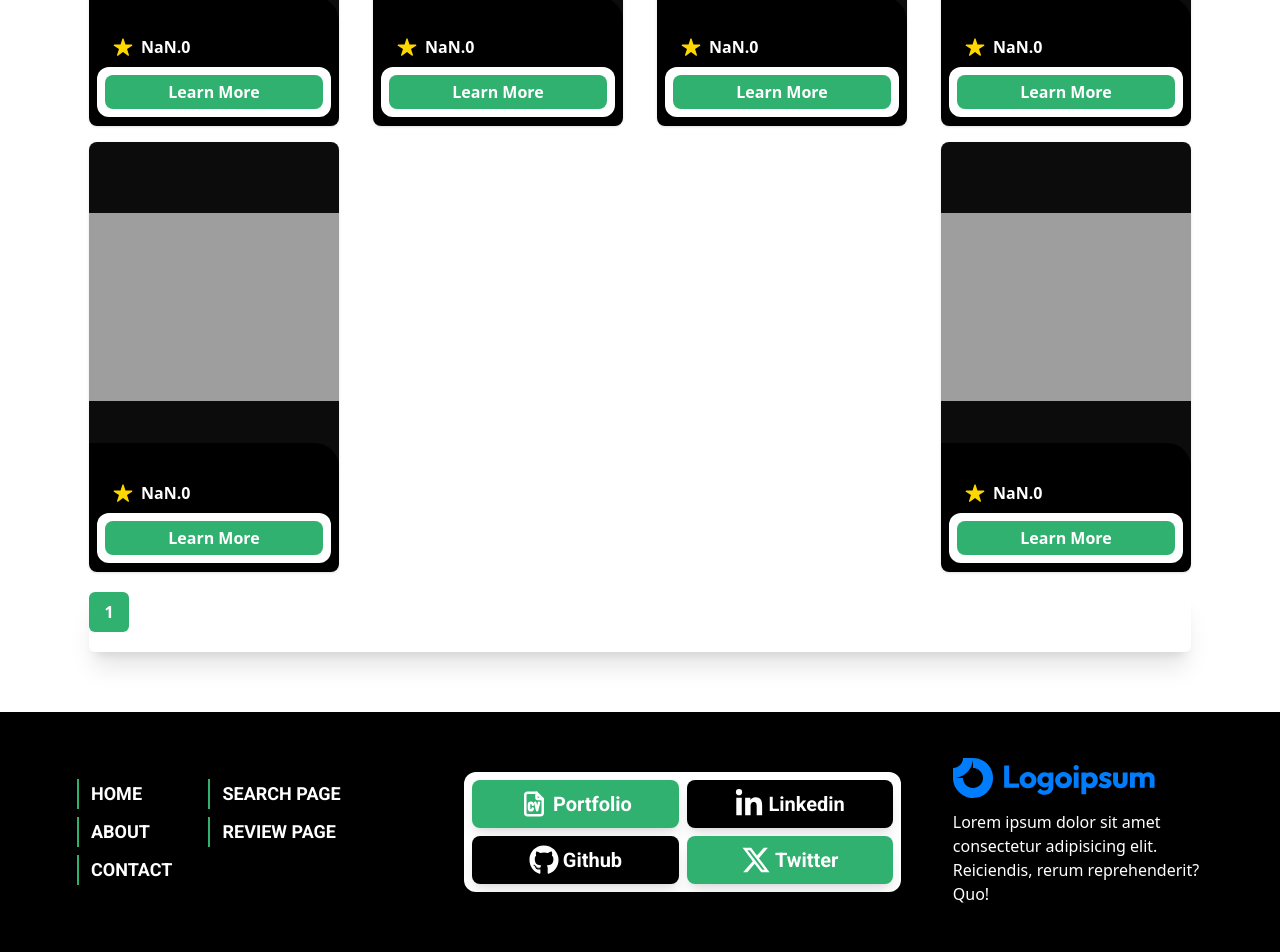
Repository: jayantatech/FrameFlick
Page: /movies
These files come from the project's save history. The page is drawn as it stood at one moment and after the next save; the edit follows.
The browser window is 1280 px wide. The pictures show the part of the page from y = 1096 to 2048 px (the page is 2048 px tall).
Pictures or frames that could not be fetched are drawn as grey boxes. The page's requests for data from a server got no answer. The project was rebuilt for these pictures with package versions that can differ from the ones it lists, and the page was loaded fresh each time. No one was signed in, and anything a server would have sent is missing. Also part of the build but not shown: vite.config.js, src/components/header/SearchBar.jsx, src/components/sliderComponent/button.css, src/components/sliderComponent/SliderComponent.jsx, src/pages/home/comingAttractions/ComingAttractions.jsx, src/pages/home/currentFavorites/CurrentFavorites.jsx, src/pages/home/movieGenres/MovieGenres.jsx, src/components/responsiveTitle/responsiveTitle.jsx and 11 more.

Above is the page before, as saved 2024-02-13 19:09:08.

After the next save:
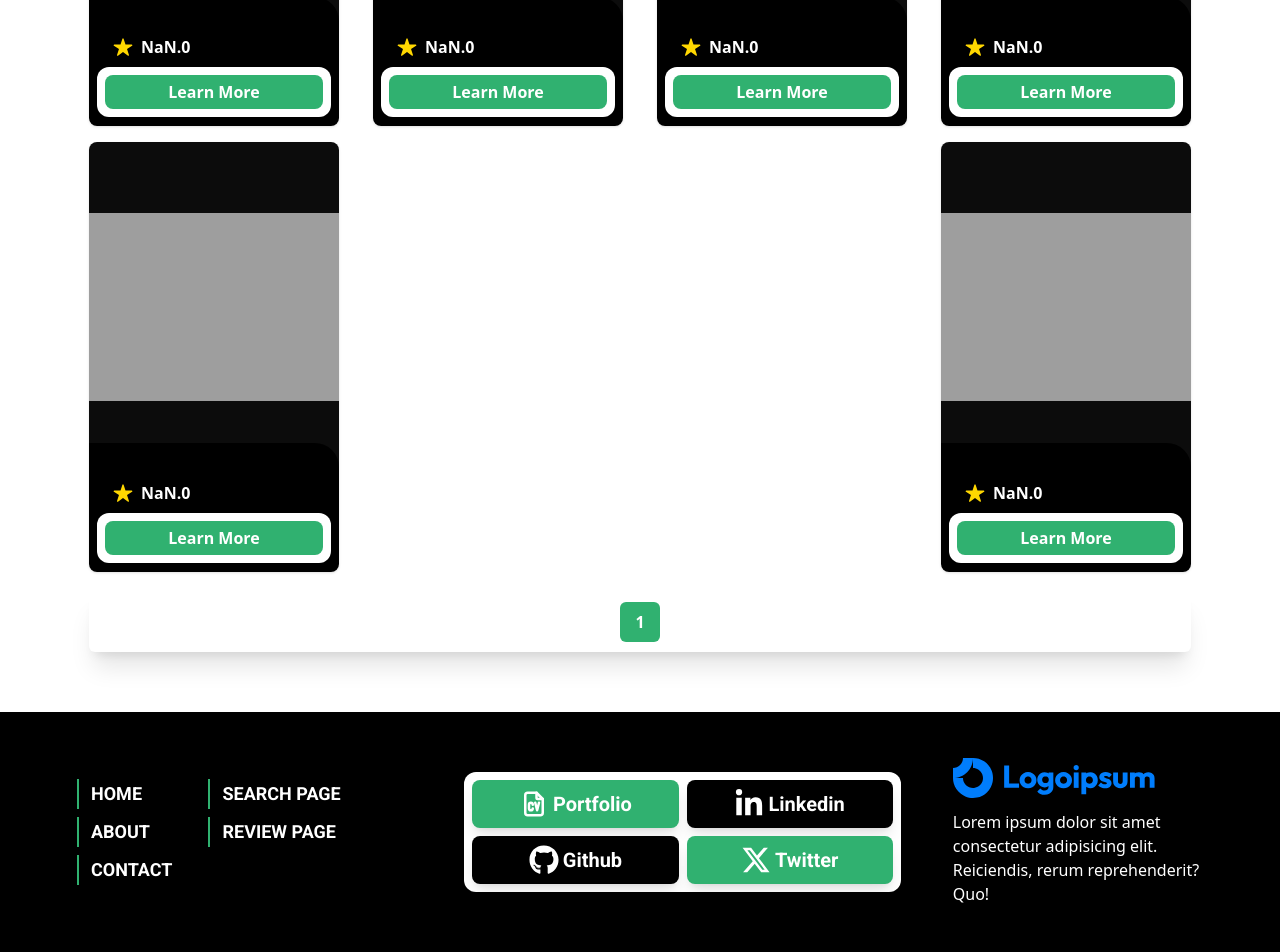
Saved 21 s later.
--- a/src/pages/moviePage/allMovies/AllMovies.jsx
+++ b/src/pages/moviePage/allMovies/AllMovies.jsx
@@ -20,7 +20,7 @@ const AllMovies = () => {
             <FilmCard />
             <FilmCard />
           </div>
-          <div className=" w-full h-[60px] bg-[#fff] shadow-xl rounded-md items-center justify-center">
+          <div className=" w-full h-[60px] bg-[#fff] shadow-xl rounded-md flex items-center justify-center">
             <div className=" w-[40px] h-[40px] bg-[#30B170] text-white rounded-md flex items-center justify-center font-semibold">
               1
             </div>
